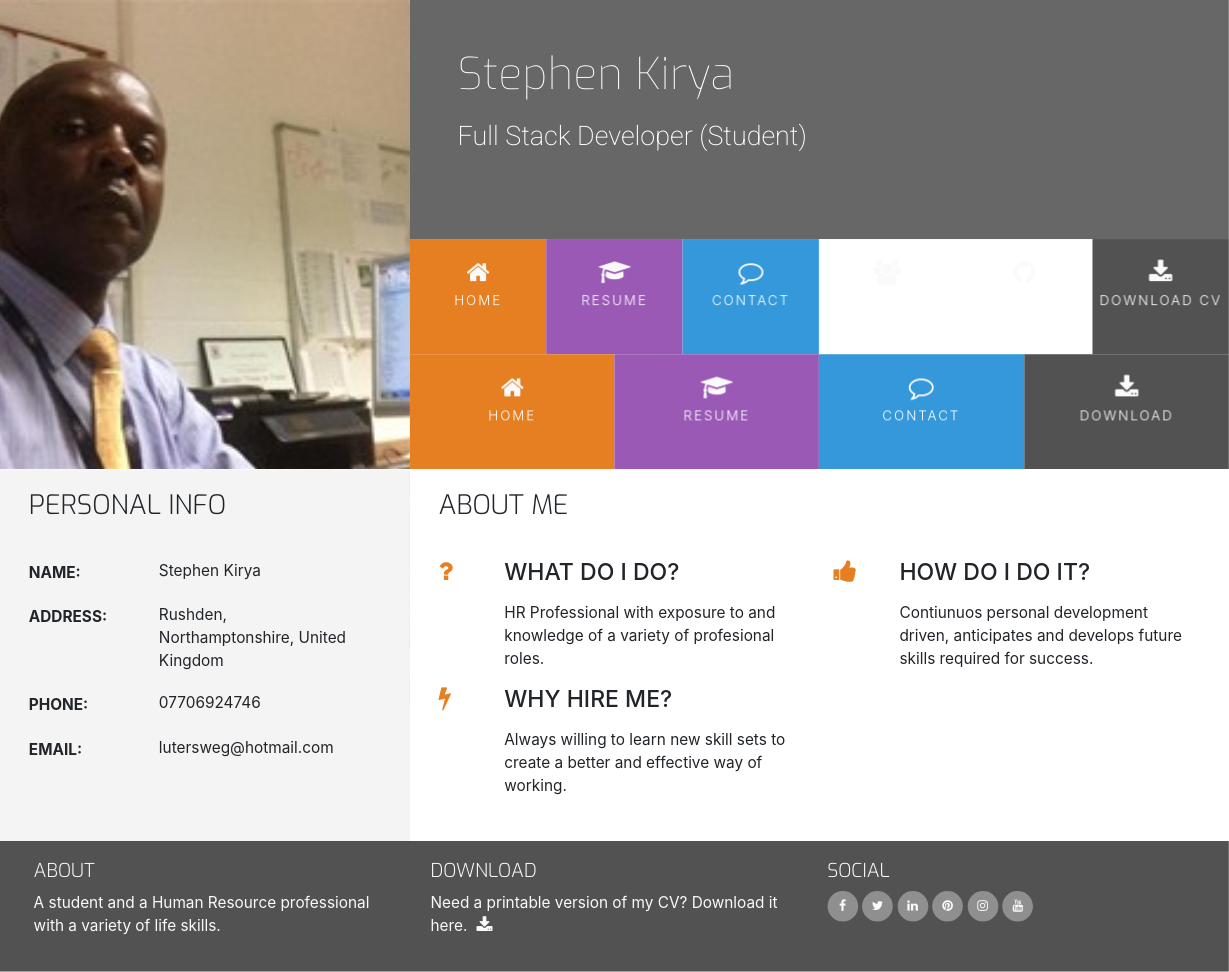
Repository: isiko1/interactive_frontend_resume
Page: index.html
The author's editor kept a record of every edit. The page is drawn from the files as they stood at one moment, then again after the next edit.
The browser window is 1280 px wide. The pictures show the whole page, at 96% of full size.

Above is the page before.

After the next edit:
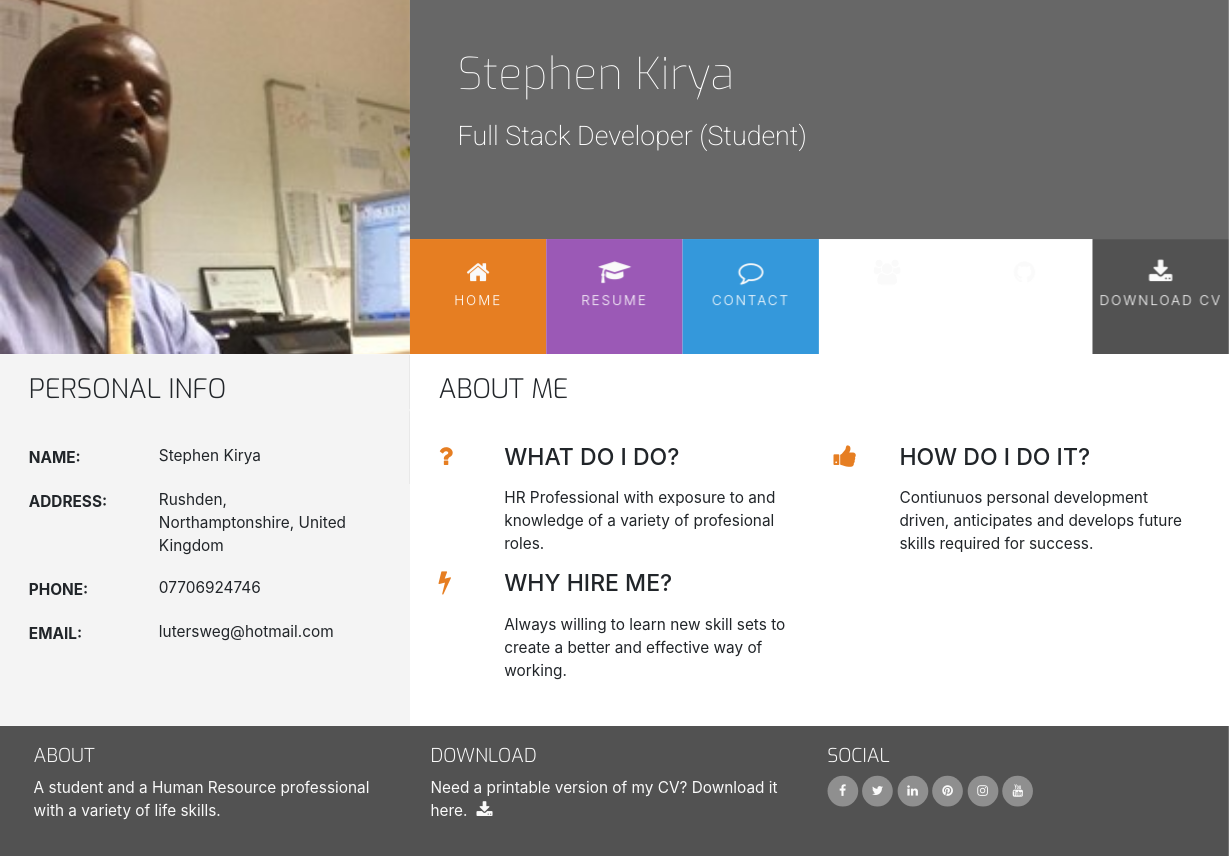
The edit:
--- a/index.html
+++ b/index.html
@@ -48,86 +48,68 @@
                         </ul>
                     </div>
                 </div>
-
-
-                         <ul id="nav" class="list-inline menucontainer">
-                            <li class="col-6 col-sm-3 ui-menu-color-home list-inline-item menuitem">
-                                <a href="index.html" class="hvr-sweep-to-bottom"><i class="fa fa-home" aria-hidden="true"></i><span>Home</span></a>
-                            </li>
-                            <li class="col-6 col-sm-3 ui-menu-color-resume list-inline-item menuitem">
-                                <a href="resume.html" class="hvr-sweep-to-bottom"><i class="fa fa-graduation-cap" aria-hidden="true"></i><span>Resume</span></a>
-                            </li>
-                            <li class="col-6 col-sm-3 ui-menu-color-contact list-inline-item menuitem">
-                                <a href="contact.html" class="hvr-sweep-to-bottom"><i class="fa fa-comment-o" aria-hidden="true"></i><span>Contact</span></a>
-                            </li>
-                            <li class="col-6 col-sm-3 ui-menu-color-download list-inline-item menuitem">
-                                <a href="assets/cv/sample_cv.pdf" target="_blank" class="hvr-sweep-to-bottom"><i class="fa fa-download" aria-hidden="true"></i><span>Download</span></a>
-                            </li>
-                        </ul>
-                    </div>
-                </div>
             </div>
         </div>
     </header>
     <section class="container-fluid">
         <div class="row">
             <div class="col-md-4 bg-color-personal-info section-column">
-<div class="row">
-    <div class="col-12">
-        <h3 class="section-heading uppercase">
-            Personal Info
-        </h3>
-    </div>
-</div>
-<div class="personal-info-item">
-    <div class="key">
-        <p class="uppercase">
-            Name:
-        </p>
-    </div>
-    <div class="value">
-        <p>
-            Stephen Kirya
-        </p>
-    </div>
-</div>
-
-<div class="personal-info-item">
-    <div class="key">
-        <p class="uppercase">
-            Address:
-        </p>
-    </div>
-    <div class="value">
-        <p>
-            Rushden, Northamptonshire, United Kingdom
-        </p>
-    </div>
-</div>
-<div class="personal-info-item">
-    <div class="key">
-        <p class="uppercase">
-            Phone:
-        </p>
-    </div>
-    <div class="value">
-        <p>
-            07706924746
-        </p>
-    </div>
-</div>
-<div class="personal-info-item">
-    <div class="key">
-        <p class="uppercase">
-            Email:
-        </p>
-    </div>
-    <div class="value">
-        <p>
-            lutersweg@hotmail.com
-        </p>
-    </div>
-</div>
+                <div class="row">
+                    <div class="col-12">
+                        <h3 class="section-heading uppercase">
+                            Personal Info
+                        </h3>
+                    </div>
+                </div>
+                <div class="personal-info-item">
+                    <div class="key">
+                        <p class="uppercase">
+                            Name:
+                        </p>
+                    </div>
+                    <div class="value">
+                        <p>
+                            Stephen Kirya
+                        </p>
+                    </div>
+                </div>
+
+                <div class="personal-info-item">
+                    <div class="key">
+                        <p class="uppercase">
+                            Address:
+                        </p>
+                    </div>
+                    <div class="value">
+                        <p>
+                            Rushden, Northamptonshire, United Kingdom
+                        </p>
+                    </div>
+                </div>
+                <div class="personal-info-item">
+                    <div class="key">
+                        <p class="uppercase">
+                            Phone:
+                        </p>
+                    </div>
+                    <div class="value">
+                        <p>
+                            07706924746
+                        </p>
+                    </div>
+                </div>
+                <div class="personal-info-item">
+                    <div class="key">
+                        <p class="uppercase">
+                            Email:
+                        </p>
+                    </div>
+                    <div class="value">
+                        <p>
+                            lutersweg@hotmail.com
+                        </p>
+                    </div>
+                </div>
             </div>
             <div class="col-md-8 bg-color-three-reasons section-column">
                 <div class="row">
@@ -144,7 +126,7 @@
                             <div class="col-10">
                                 <h4 class="three-reasons-heading uppercase">What do i do?</h4>
                                 <p>
-HR Professional with exposure to and knowledge of a variety of profesional roles.
+                                    HR Professional with exposure to and knowledge of a variety of profesional roles.
                                 </p>
                             </div>
                         </div>
@@ -157,7 +139,7 @@
                             <div class="col-10">
                                 <h4 class="three-reasons-heading uppercase">How do i do it?</h4>
                                 <p>
- Contiunuos personal development driven, anticipates and develops future skills required for success.
+                                    Contiunuos personal development driven, anticipates and develops future skills required for success.
                                 </p>
                             </div>
                         </div>
@@ -170,7 +152,7 @@
                             <div class="col-10">
                                 <h4 class="three-reasons-heading uppercase">Why hire me?</h4>
                                 <p>
-Always willing to learn new skill sets to create a better and effective way of working.
+                                    Always willing to learn new skill sets to create a better and effective way of working.
                                 </p>
                             </div>
                         </div>
